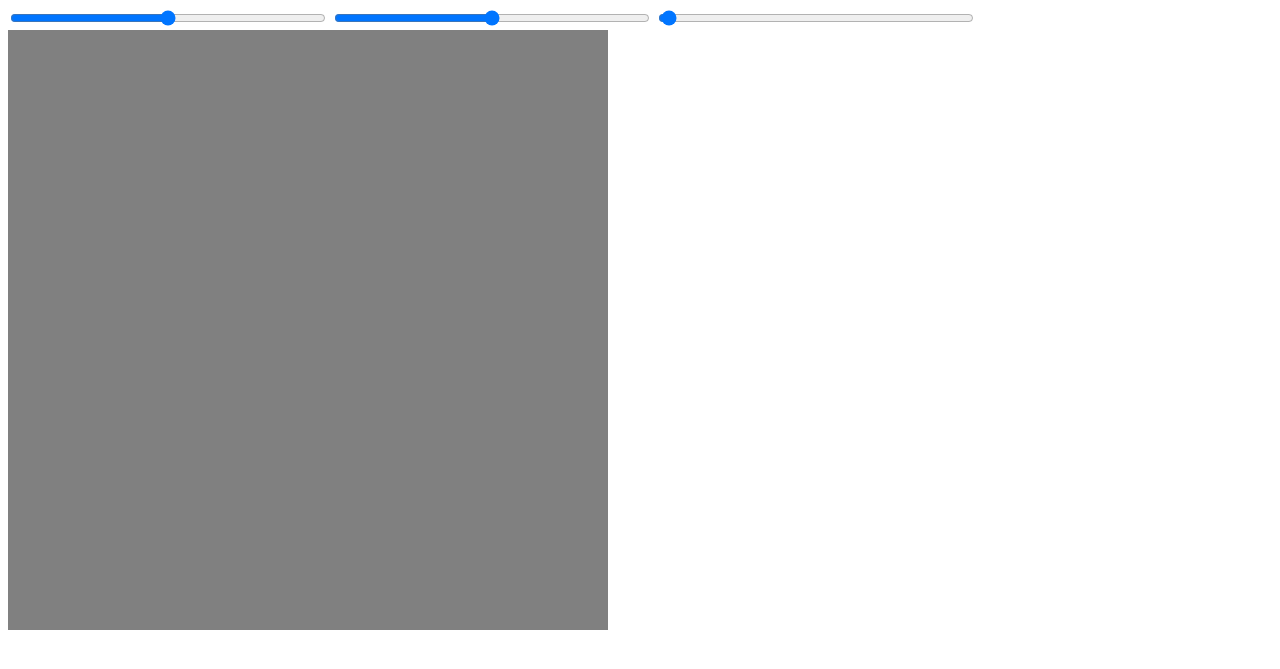
Repository: JoinGame-A36664/Build-House-WebGL
Page: index.html
An editor plug-in stored every save of this project. The page is shown before and after the next save, followed by the edit.
The browser window is 1280 px wide. The pictures show the whole page.

Above is the page before, as saved 2021-10-24 22:54:58.

After the next save:
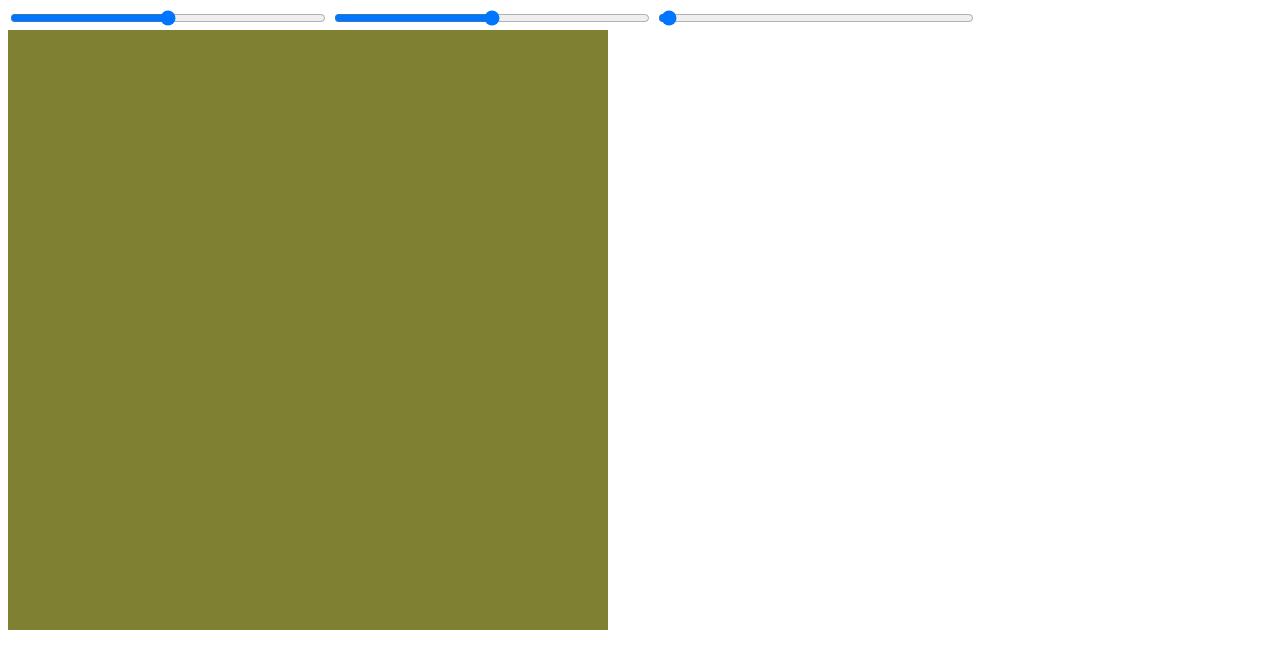
Saved 29 s later.
--- a/Bietthu1.js
+++ b/Bietthu1.js
@@ -15,7 +15,7 @@ window.onload = function (event) {
           if (!gl) alert("WebGL 2.0 isn't available");
 
           gl.viewport(0, 0, canvas.width, canvas.height);  // Vẽ khung nhìn trục canvas.width, canvas.height
-          gl.clearColor(0.5, 0.5, 0.5, 1.0); // Tạo màu background
+          gl.clearColor(0.5, 0.5, 0.2, 1.0); // Tạo màu background
 
           gl.enable(gl.DEPTH_TEST);
           var program = initShaders(gl, "vertex-shader", "fragment-shader");
